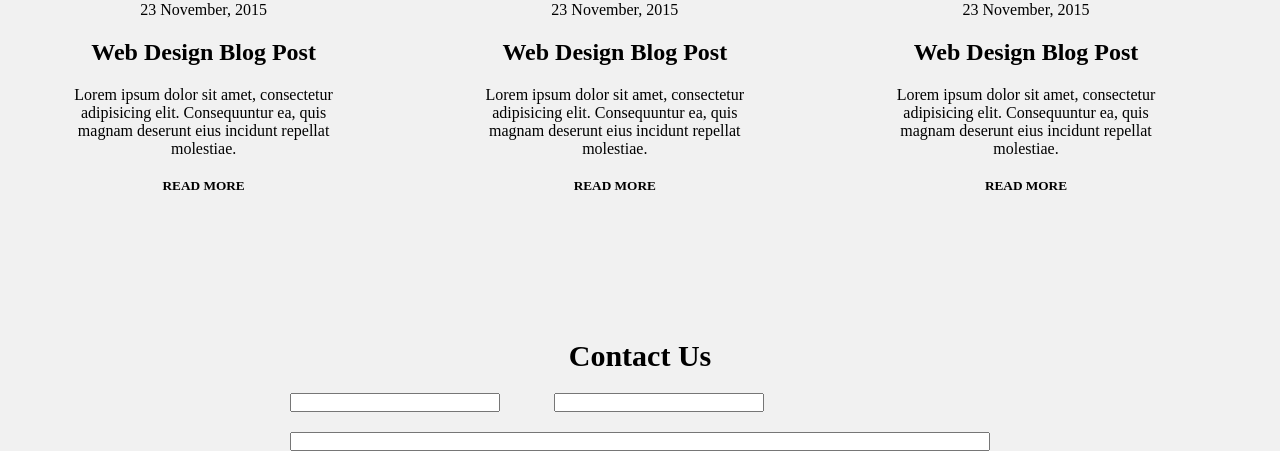
Repository: Ahmedalid/New-project
Page: Rout/index.html
An editor plug-in stored every save of this project. The page is shown before and after the next save, followed by the edit.
The browser window is 1280 px wide. The pictures show the part of the page from y = 3461 to 3912 px (the page is 3912 px tall).
A picture or video elsewhere on the page could not be fetched, so the positions and the page height are approximate.

Above is the page before, as saved 2023-05-24 19:48:15.

### Rout/index.html
<!DOCTYPE html>
<html lang="en">

<head>
    <meta charset="UTF-8">
    <meta http-equiv="X-UA-Compatible" content="IE=edge">
    <meta name="viewport" content="width=device-width, initial-scale=1.0">
    <link rel="stylesheet" href="https://cdnjs.cloudflare.com/ajax/libs/font-awesome/6.4.0/css/all.min.css">
    <link rel="stylesheet" href="css/style.css">
    <title>Document</title>
</head>

<body>
    <div class="bg-img" style="background-image: url(img/slider-02.jpg);">

        <div class="container pt">
            <div class="header-nav logo-nav">
                <h2>Fokir</h2>
            </div>
            <div class="header-nav">
                <ul>
                    <li><span class="nav-home">Home</span></li>
                    <li>About</li>
                    <li>Services </li>
                    <li>Portfolio</li>
                    <li>Testimonial</li>
                    <li>Blog </li>
                    <li>Contact</li>


                </ul>

            </div>
        </div>
        <div class="auto container">
            <h4 class="mt">Hello i'm</h4>
            <h1 class="mt">ALEX SMITH</h1>
            <p class="mt">Professional Web DesignerDesignerDeveloper</p>
        </div>

    </div>
    <div class="section-mt">
        <div class="section-2 container ">
            <div class="element-1">
                <span>
                    <img src="img/work-7.jpg" alt="Work-7">
                </span>
            </div>
            <div class="element-1">
                <h1><span>I</span>HELLO,</h1>
                <p class="mt">
                    Lorem ipsum dolor sit amet, consectetur adipisicing elit, sed do eiusmod tempor incididunt ut labore
                    et dolore magna aliqua. Ut enim ad minim veniam, quis nostrud exercitation ullamco laboris nisi ut
                    aliquip ex ea commodo consequat. Duis aute irure dolor in reprehenderit in voluptate velit esse
                    cillum dolore eu fugiat nulla pariatur. Excepteur sint occaecat cupidatat non proident, sunt in
                    culpa qui officia deserunt mollit anim id est laborum.
                </p>
                <div class="mt border"> </div>
                <div class="Name mt">
                    <div class="mt">Name: Rdam smith</div>
                    <div class="mt">Age: 26 Year</div>
                    <div class="mt">Freelance: Available</div>
                </div>
                <div class="Name mt">
                    <div class="mt">Job Title: UI/UX Designe</div>
                    <div class="mt">Location: United States, US</div>
                    <div class="mt">E-mail: example@gmail.com</div>
                </div>
                <div class="mt">
                    <button class="btn">Download CV <span><i class="fa fa-download"
                                aria-hidden="true"></i></span></button>

                    <button class="btn">Hire My <span><i class="fa fa-paper-plane"
                                aria-hidden="true"></i></span></button>
                </div>


            </div>
        </div>
    </div>
    <!-- section-3 -->
    <div class="section-bg">
        <section class="section-mt  ">
            <h1 class="pt">Our Services</h1>
            <div class="mt ">
                <div class="Services text-center">
                    <span class="mt"><i class="fa-solid fa-pen text-color"></i></span>
                    <h2 class="mt">UI/UX DESIGN</h2>
                    <p class="mt"> Lorem ipsum dolor sit amet, consectetur adipisicing elit. Ratione adipisci mollitia
                        quis
                        necstatibus.</p>
                </div>
                <div class="Services text-center">
                    <span class="mt"><i class="fa-solid fa-pen text-color"></i></span>
                    <h2 class="mt">APP DEVELOPMENT</h2>
                    <p class="mt"> Lorem ipsum dolor sit amet, consectetur adipisicing elit. Ratione adipisci mollitia
                        quis
                        necstatibus.</p>
                </div>
                <div class="Services text-center">
                    <span class="mt"><i class="fa-solid fa-pen text-color"></i></span>
                    <h2 class="mt">PRODUCT DESIGN</h2>
                    <p class="mt"> Lorem ipsum dolor sit amet, consectetur adipisicing elit. Ratione adipisci mollitia
                        quis
                        necstatibus.</p>
                </div>
                <div class="Services text-center">
                    <span class="mt"><i class="fa-solid fa-pen text-color"></i></span>
                    <h2 class="mt">UI/UX DESIGN</h2>
                    <p class="mt"> Lorem ipsum dolor sit amet, consectetur adipisicing elit. Ratione adipisci mollitia
                        quis
                        necstatibus.</p>
                </div>

            </div>
        </section>
    </div>
    <!-- section-4 -->
    <div class="">
        <section class="section-mt  ">
            <h1 class="pt">Our Portfolio</h1>
            <div class="text-center">
                <p class="p-Our">All</p>
                <p class="p-Our">GRAPHIC</p>
                <p class="p-Our">WEB DESIGN</p>
                <p class="p-Our">PRADNIG</p>
            </div>
            <div class="mt container">
                <div class="Portfolio text-center">
                    <span>
                        <img src="img/1.jpg" alt="">
                    </span>
                </div>
                <div class="Portfolio text-center">
                    <span>
                        <img src="img/2.jpg" alt="">
                    </span>
                </div>
                <div class="Portfolio text-center">
                    <span>
                        <img src="img/3.jpg" alt="">
                    </span>
                </div>
                <div class="Portfolio text-center">
                    <img src="img/5.jpg" alt="">
                </div>
                <div class="Portfolio text-center">
                    <img src="img/4.jpg" alt="">
                </div>
                <div class="Portfolio text-center">
                    <img src="img/6.jpg" alt="">
                </div>

            </div>
        </section>
    </div>

    <div class="section-bg">
        <section class="section-mt  ">
            <div class="mt ">
                <div class="Services text-center">
                    <span class="mt"><i class="fa-solid fa-pen text-color"></i></span>
                    <h2 class="mt">7</h2>
                    <p class="mt">Lorem, ipsum dolor.</p>
                </div>
                <div class="Services text-center">
                    <span class="mt"><i class="fa-solid fa-pen text-color"></i></span>
                    <h2 class="mt">9</h2>
                    <p class="mt"> Lorem ipsum dolor sit..</p>
                </div>
                <div class="Services text-center">
                    <span class="mt"><i class="fa-solid fa-pen text-color"></i></span>
                    <h2 class="mt">5</h2>
                    <p class="mt">Lorem ipsum dolor sit..</p>
                </div>
                <div class="Services text-center">
                    <span class="mt"><i class="fa-solid fa-pen text-color"></i></span>
                    <h2 class="mt">7</h2>
                    <p class="mt"> Lorem, ipsum dolor.</p>
                </div>

            </div>
        </section>
    </div>
    <section class="section-mt">
        <h1 class="text-center">Client's Feedback</h1>
        <div class="text-center mt">
            <img src="img/2 (1).jpg" alt="" class="w-3">
        </div>
    </section>
    <div class="section-bg">
        <section class="section-mt  ">
            <h1 class="pt">Our Blog</h1>
            <div class="mt ">
                <div class="Blog text-center">
                    <span class="mt">
                        <img src="img/1 (1).jpg" alt="">
                    </span>
                    <p class="mt">23 November, 2015</p>
                    <h2 class="mt"> Web Design Blog Post </h2>
                    <p class="mt">Lorem ipsum dolor sit amet, consectetur adipisicing elit. Consequuntur ea, quis magnam deserunt
                        eius incidunt repellat molestiae.</p>
                        <h5 class="mt">READ MORE </h5>


                </div>
                <div class="Blog text-center">
                    <span class="mt">
                        <img src="img/1 (1).jpg" alt="">
                    </span>
                    <p class="mt">23 November, 2015</p>
                    <h2 class="mt"> Web Design Blog Post </h2>
                    <p class="mt">Lorem ipsum dolor sit amet, consectetur adipisicing elit. Consequuntur ea, quis magnam deserunt
                        eius incidunt repellat molestiae.</p>
                        <h5 class="mt">READ MORE </h5>


                </div>
                <div class="Blog text-center">
                    <span class="mt">
                        <img src="img/1 (1).jpg" alt="">
                    </span>
                    <p class="mt">23 November, 2015</p>
                    <h2 class="mt"> Web Design Blog Post </h2>
                    <p class="mt">Lorem ipsum dolor sit amet, consectetur adipisicing elit. Consequuntur ea, quis magnam deserunt
                        eius incidunt repellat molestiae.</p>
                        <h5 class="mt">READ MORE </h5>


                </div>



            </div>
        </section>
        <section class="section-mt">
            <div class="text-center">
                <h1>Contact Us</h1>

            </div>
            <div class="Contact">
                <div class="mt">
                    <input type="text" class="w-3" name="" id="">
                <input type="text" name="" id="" class="w-3 input-l">
                <input type="text" class="w-10 mt" name="" id="">
                </div>
            </div>
        </section>
    </div>
</body>

</html>

### Rout/css/style.css
*{
    margin: 0;
    padding: 0;
    box-sizing: border-box;
}
.container{
    margin: auto 111px;
}
.bg-img{
    background-repeat: no-repeat;
    background-size: cover;
    height: 100vh;
}
.header-nav{
    display: inline-block;
    width: 49%;
    color: white;
}
.pt{
    padding-top: 25px;
}
.mt{
    margin-top: 20px;
}
.logo-nav h2{
    color: #ff305b;
    font-weight: bold;
    cursor: pointer;
    transition: 1.5s;
}
.logo-nav h2:hover{
    text-decoration: underline;
}
.header-nav ul li{
    display: inline-block;
    padding-left: 17px;
}
.nav-home{
    color: #ff305b;
}
.header-nav ul li:hover{
    text-decoration: underline;
    color: #ff305b;
    cursor: pointer;
}
.auto{
    /* margin: auto; */
    padding-top: 230px;
    color: white;
    text-align: center;
    font-weight: bold;
}
.element-1{
    display: inline-block;
    width: 49%;
    vertical-align: top;
}
.element-1 h1 span{
    color: #ff305b;
}
.border{
    border: dotted 1px black;
}
.Name{
    display: inline-block;
    width: 48%;
}
.section-mt{
    margin-top: 30px;
}
.btn{
    border: none;
    outline: none;
    background-color: #ff305b;
    color: white;
    padding: 12px;
    border-radius: 10px;
    cursor: pointer;
    transition: 0.5s;
}
.btn:hover{
    background-color: #ec2403;
}
.btn span i{
    margin-left: 7px;
}
.section-mt h1{
    text-align: center;
    font-size: 30px;
    font-weight: bold;
    padding-top: 100px;
}
.section-bg{
    background-color: #f1f1f1;

}
.Services{
    margin: auto 50px;
    display: inline-block;
    width: 15%;
    padding: 15px;
    cursor: pointer;
    transition: width 2s;
}
.text-color{
    color: #ff305b;
}
.text-center{
    text-align: center;
}
.Services:hover{
    background-color: white;
    width: 20%;

}

.Portfolio{
    /* margin: auto 50px; */
    display: inline-block;
    width: 33%;
    /* padding: 15px; */
    cursor: pointer;
    transition: width 2s;
}
img{
    width: 100%;
}
.p-Our{
    display: inline-block;
    text-align: center;
    margin-top: 15px;
    padding-left: 20px;
    transition: all 0.5s;
    cursor: pointer;
}
.p-Our:hover{
    border-bottom: 1px solid #ff305b;
}
.w-3{
    width: 30%;
}
.Blog{
    margin: auto 50px;
    display: inline-block;
    width: 24%;
    padding: 15px;
    cursor: pointer;
    transition: width 2s;
}
.Contact{
    margin: auto 290px;
}
.w-5{
    width: 50%;
}
.w-10{
    width: 100%;
}
.input-l{
    margin-left: 50px;
}

After the next save:
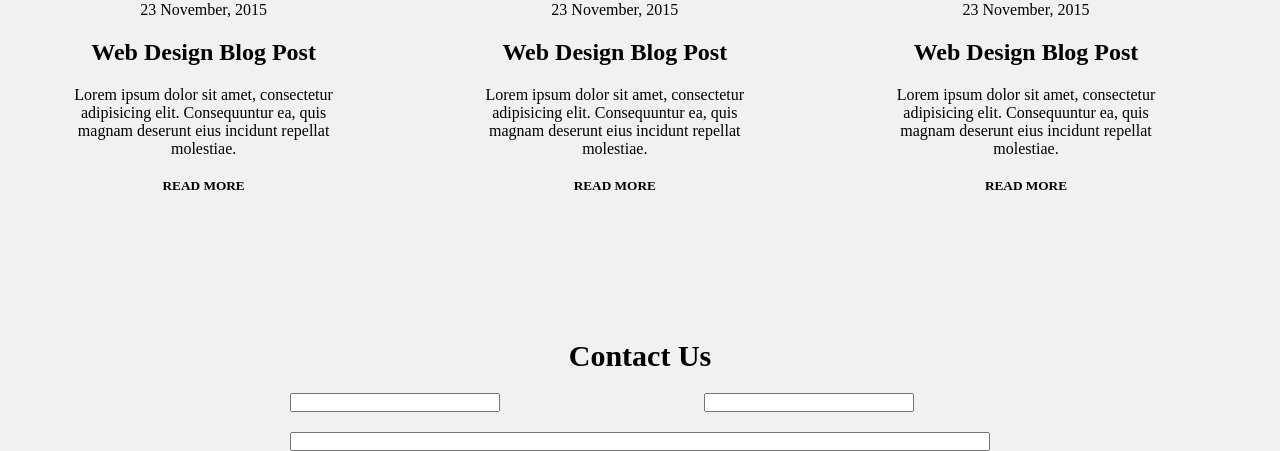
Saved 9 s later.
--- a/Rout/css/style.css
+++ b/Rout/css/style.css
@@ -157,5 +157,5 @@ img{
     width: 100%;
 }
 .input-l{
-    margin-left: 50px;
+    margin-left: 200px;
 }
